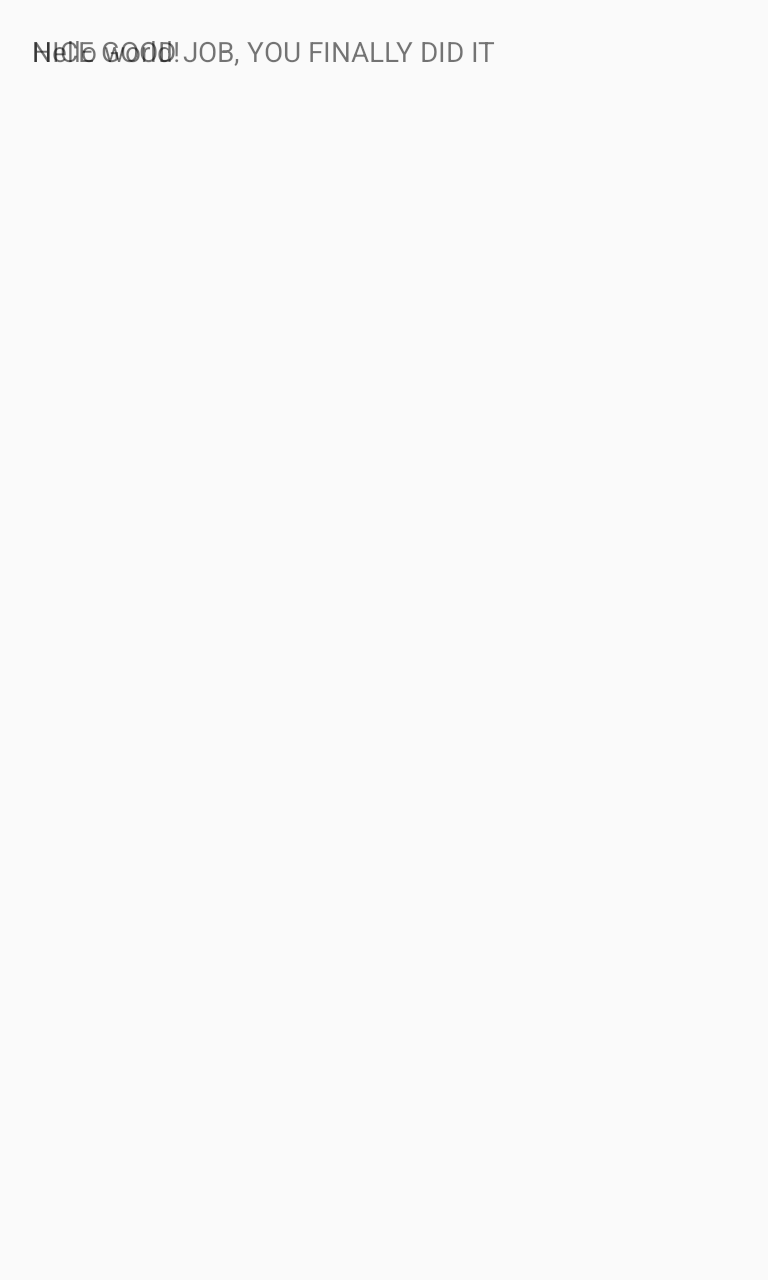
Repository: yuzhehu/workspace-androids
Layout: MyFirstApplication/res/layout/activity_main.xml
The author's editor kept a copy of each file at every save. The layout is drawn from the files as they stood at one save, then again after the next save.
It is drawn on a 768 x 1280 px phone screen (xhdpi) without system bars, with theme AppTheme; the app's code is not run.

Above is the layout before, as saved 2014-09-11 05:09:21.

### MyFirstApplication/res/layout/activity_main.xml
<RelativeLayout xmlns:android="http://schemas.android.com/apk/res/android"
    xmlns:tools="http://schemas.android.com/tools"
    android:layout_width="match_parent"
    android:layout_height="match_parent"
    android:paddingBottom="@dimen/activity_vertical_margin"
    android:paddingLeft="@dimen/activity_horizontal_margin"
    android:paddingRight="@dimen/activity_horizontal_margin"
    android:paddingTop="@dimen/activity_vertical_margin"
    tools:context="com.example.myfirstapp.MainActivity" >

    <TextView
        android:id="@+id/textView1"
        android:layout_width="wrap_content"
        android:layout_height="wrap_content"
        android:text="@string/hello_world" />

    <TextView
        android:id="@+id/myView"
        android:layout_width="wrap_content"
        android:layout_height="wrap_content"
        android:text="NICE GOOD JOB, YOU FINALLY DID IT"
       	/>

</RelativeLayout>

### MyFirstApplication/res/values/strings.xml
<?xml version="1.0" encoding="utf-8"?>
<resources>

    <string name="app_name">MyFirstApp</string>
    <string name="hello_world">Hello world!</string>
    <string name="action_settings">Settings</string>

</resources>

Loaded but not shown: MyFirstApplication/res/values/styles.xml (common file); MyFirstApplication/res/values-v11/styles.xml (common file); MyFirstApplication/res/values-v14/styles.xml (common file); MyFirstApplication/res/values/dimens.xml (common file); MyFirstApplication/res/values-w820dp/dimens.xml (common file)

After the next save:
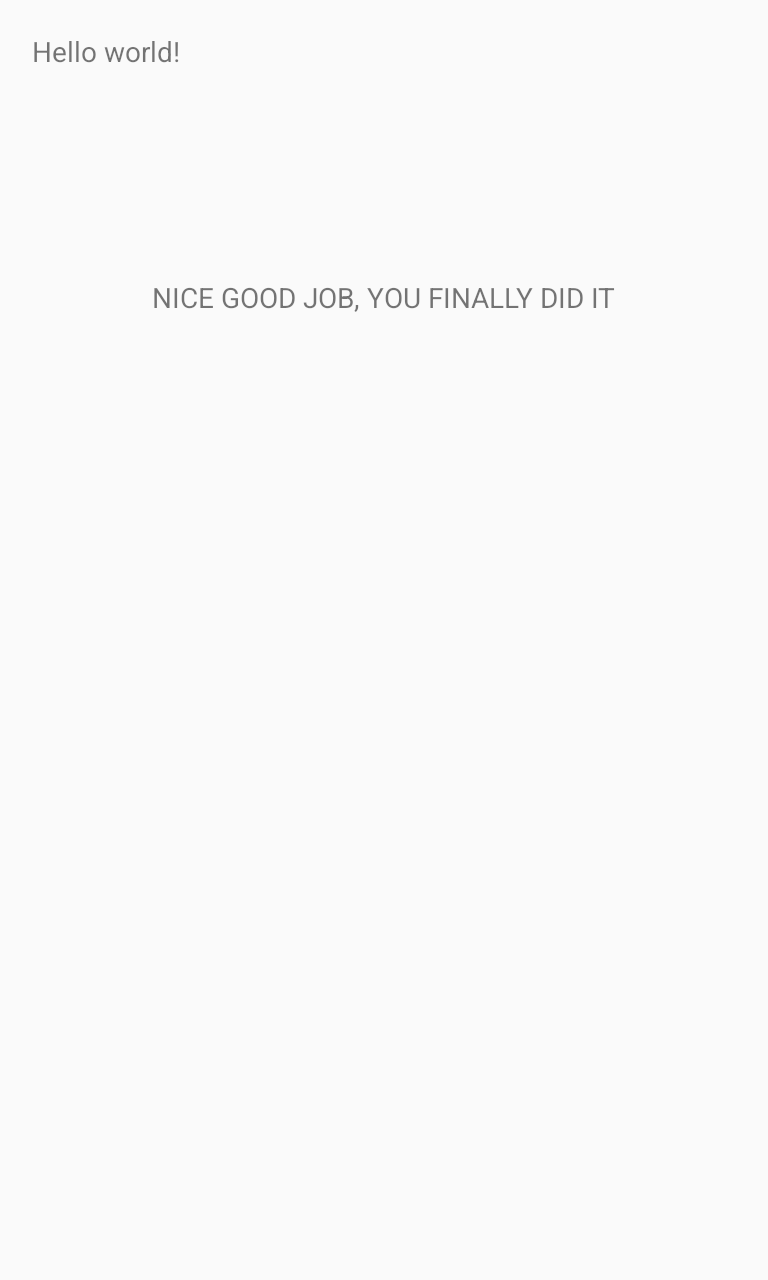
Saved 47 s later.
--- a/MyFirstApplication/res/layout/activity_main.xml
+++ b/MyFirstApplication/res/layout/activity_main.xml
@@ -18,7 +18,9 @@
         android:id="@+id/myView"
         android:layout_width="wrap_content"
         android:layout_height="wrap_content"
-        android:text="NICE GOOD JOB, YOU FINALLY DID IT"
-       	/>
+        android:layout_below="@+id/textView1"
+        android:layout_centerHorizontal="true"
+        android:layout_marginTop="104dp"
+        android:text="NICE GOOD JOB, YOU FINALLY DID IT" />
 
 </RelativeLayout>
